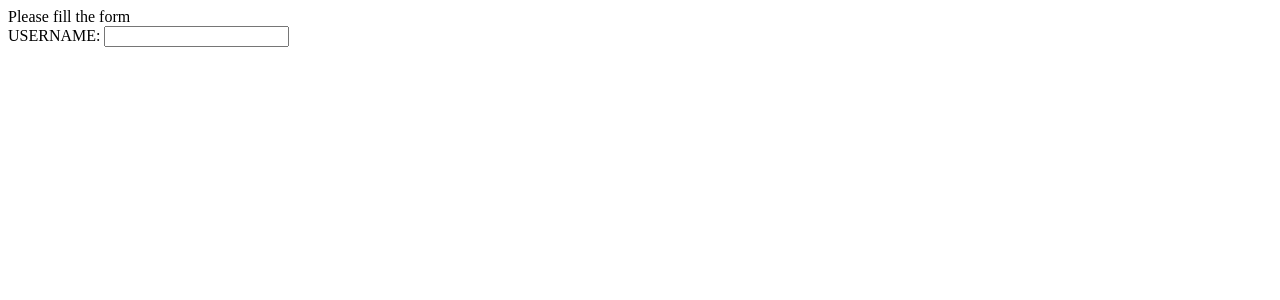
Repository: ShashantNagpure/AllProjects
Page: http://localhost/CookieManagement/Cookie.jsp
The author's editor kept a copy of each file at every save. The page is drawn from the files as they stood at one save, then again after the next save.
The browser window is 1280 px wide. The pictures show the whole page.
The page is served by Tomcat 9.

Above is the page before, as saved 2018-09-19 04:45:04.

### Servers/CookieManagement/WebContent/Cookie.jsp
<%@ page language="java" contentType="text/html; charset=ISO-8859-1"
    pageEncoding="ISO-8859-1"%>
<!DOCTYPE html>
<html>
<head>
<meta charset="ISO-8859-1">
<title>Insert title here</title>
</head>
<body>
Please fill the form
<form action="addCookie" method="post">
USERNAME: <input type="text" name="username"><br>
</form>
</body>
</html>

After the next save:
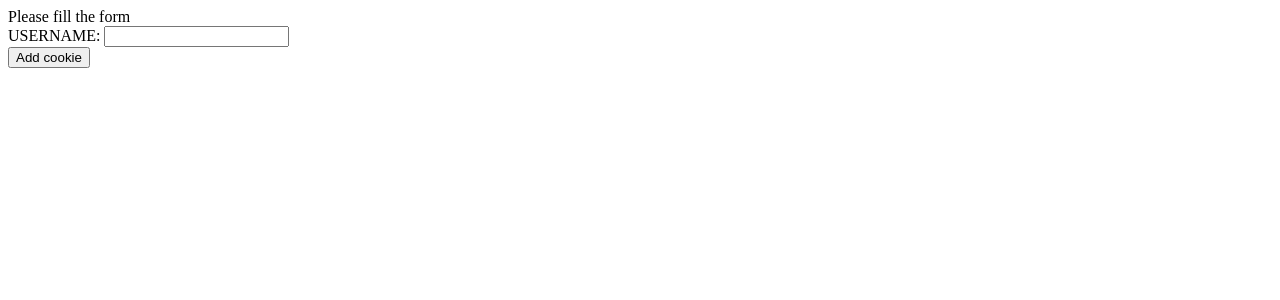
Saved 18 s later.
--- a/Servers/CookieManagement/WebContent/Cookie.jsp
+++ b/Servers/CookieManagement/WebContent/Cookie.jsp
@@ -10,6 +10,7 @@
 Please fill the form
 <form action="addCookie" method="post">
 USERNAME: <input type="text" name="username"><br>
+<input type="submit" value="Add cookie">
 </form>
 </body>
 </html>
